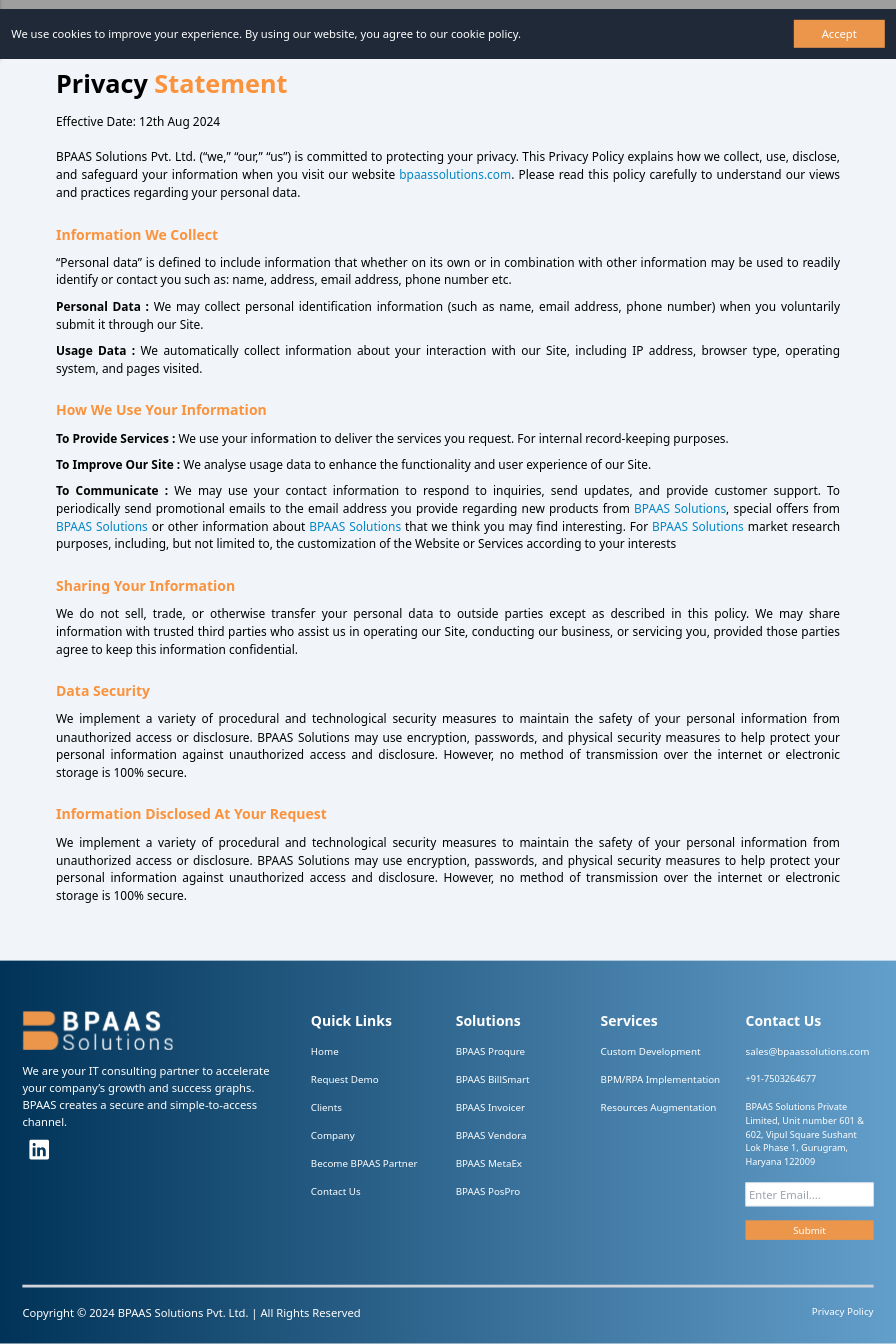
Repository: captainalpha/BP-Website
Page: /services/bp-services
An editor plug-in stored every save of this project. The page is shown before and after the next save, followed by the edit.
The browser window is 1280 px wide. The pictures show the part of the page from y = 635 to 2555 px (the page is 2555 px tall before and 2504 px after), at 70% of full size.
Pictures or frames that could not be fetched are drawn as grey boxes. The project was rebuilt for these pictures with package versions that can differ from the ones it lists, and the page was loaded fresh each time. The framework's server and built-in components were replaced by stand-ins that run in the browser. Also part of the build but not shown: next.config.js, components/common/TopBanner.js, components/common/SectionHeader.js.

Above is the page before, as saved 2024-08-13 15:41:44.

### pages/_app.js
import Navbar from "../components/common/Navbar";
import "../styles/globals.css";
import Footer from "../components/common/Footer";

import "swiper/css";
import "swiper/css/navigation";
import "swiper/css/pagination";



import { motion, AnimatePresence } from "framer-motion";
import CookiesMain from "../components/common/CookiesMain";

// import styles from './slider.module.scss'
function MyApp({ Component, pageProps, router }) {
  const spring = {
    type: "spring",
    damping: 20,
    stiffness: 100,
    when: "afterChildren",
  };
  return (
    <>
      <div className="z-50 scroll-smooth">
        <Navbar />
      </div>
      <AnimatePresence>
        <div className="page-transition-wrapper">
          <motion.div
            transition={spring}
            key={router.pathname}
            initial={{ y: -300, opacity: 0 }}
            animate={{ y: 0, opacity: 1 }}
            exit={{ y: 300, opacity: 0 }}
            id="page-transition-container"
          >
            <Component {...pageProps} /> <Footer />{" "}
            <CookiesMain/>
          </motion.div>
        </div>
      </AnimatePresence>
    </>
  );
}

export default MyApp;

### pages/services/bp-services.js
import TopBanner from "../../components/common/TopBanner";
import SectionHeader from "../../components/common/SectionHeader";
import TopBanner2 from "../../components/common/TopBanner2";
import Image from "next/image";
import Link from "next/link";

function BpServices() {
  return (
    <div>
      <div className="relative">
        <TopBanner2
          image={"/images/policy-service2.jpg"}
          title="Privacy Policy"
          discription="This Privacy Policy explains how we collect, use, disclose, and safeguard your information when you visit our website."
          btnShow={false}
        />
        <div className="absolute top-[1em] right-[10em]">
          <Image
            src="/images/privacypolicy2.png"
            className="w-1/2 mx-auto"
            width="500"
            height="500"
            alt="customer-developement"
          />
        </div>
      </div>

      <div className=" bg-slate-100  p-[5em]">
        <div className="container mx-auto max-w-6xl">
          <div className="text-left">
            <h1 className="lg:text-4xl text-3xl font-bold capitalize ">
              <span>Privacy</span>{" "}
              <span className="text-[#fb923c]">Statement</span>
            </h1>
          </div>
          <div className="mt-5">
            <p className="text-[17px] text-justify">
              Effective Date: 12th Aug 2024 <br />
              <br /> BPAAS Solutions Pvt. Ltd. (&ldquo;we,&rdquo;
              &ldquo;our,&rdquo; &ldquo;us&rdquo;) is committed to protecting
              your privacy. This Privacy Policy explains how we collect, use,
              disclose, and safeguard your information when you visit our
              website&nbsp;
              <Link passHref href="/">
                <a className="text-sky-600 hover:text-[#fb923c]">
                  bpaassolutions.com
                </a>
              </Link>
              . Please read this policy carefully to understand our views and
              practices regarding your personal data.
            </p>
          </div>
          <div className="mt-[2em]">
            <h1 className="text-[20px] font-bold text-[#fb923c]">
              Information We Collect
            </h1>
            <p className="text-[17px] text-justify mt-3">
              &ldquo;Personal data&rdquo; is defined to include information that
              whether on its own or in combination with other information may be
              used to readily identify or contact you such as: name, address,
              email address, phone number etc.
            </p>
            <p className="text-[17px] text-justify mt-3">
              <b>Personal Data :</b> We may collect personal identification
              information (such as name, email address, phone number) when you
              voluntarily submit it through our Site.
            </p>
            <p className="text-[17px] text-justify mt-3">
              <b>Usage Data :</b> We automatically collect information about
              your interaction with our Site, including IP address, browser
              type, operating system, and pages visited.
            </p>
          </div>

          <div className="mt-[2em]">
            <h1 className="text-[20px] font-bold text-[#fb923c]">
              How We Use Your Information
            </h1>
            <p className="text-[17px] text-justify mt-3">
              <b>To Provide Services :</b> We use your information to deliver
              the services you request. For internal record-keeping purposes.
            </p>
            <p className="text-[17px] text-justify mt-3">
              <b>To Improve Our Site :</b> We analyse usage data to enhance the
              functionality and user experience of our Site.
            </p>
            <p className="text-[17px] text-justify mt-3">
              <b>To Communicate :</b> We may use your contact information to
              respond to inquiries, send updates, and provide customer
              support. To periodically send promotional emails to the email
              address you provide regarding new products from&nbsp;
              <Link passHref href="/">
                <a className="text-sky-600 hover:text-[#fb923c]">
                BPAAS Solutions
                </a>
              </Link>
               ,
              special offers from <Link passHref href="/">
                <a className="text-sky-600 hover:text-[#fb923c]">
                BPAAS Solutions
                </a>
              </Link> or other information about&nbsp;
              <Link passHref href="/">
                <a className="text-sky-600 hover:text-[#fb923c]">
                BPAAS Solutions
                </a>
              </Link> that we think you may find interesting. For <Link passHref href="/">
                <a className="text-sky-600 hover:text-[#fb923c]">
                BPAAS Solutions
                </a>
              </Link> market research purposes, including, but not limited to,
              the customization of the Website or Services according to your
              interests
            </p>
          </div>

          <div className="mt-[2em]">
            <h1 className="text-[20px] font-bold text-[#fb923c]">
            Sharing Your Information
            </h1>
            <p className="text-[17px] text-justify mt-3">
            We do not sell, trade, or otherwise transfer your personal data to outside parties except as described in this policy. We may share information with trusted third parties who assist us in operating our Site, conducting our business, or servicing you, provided those parties agree to keep this information confidential.
            </p>
          </div>

          <div className="mt-[2em]">
            <h1 className="text-[20px] font-bold text-[#fb923c]">
            Data Security
            </h1>
            <p className="text-[17px] text-justify mt-3">
            We implement a variety of procedural and technological security measures to maintain the safety of your personal information from unauthorized access or disclosure. BPAAS Solutions may use encryption, passwords, and physical security measures to help protect your personal information against unauthorized access and disclosure. However, no method of transmission over the internet or electronic storage is 100% secure.
            </p>
          </div>

          <div className="mt-[2em]">
            <h1 className="text-[20px] font-bold text-[#fb923c]">
            Information Disclosed At Your Request
            </h1>
            <p className="text-[17px] text-justify mt-3">
            We implement a variety of procedural and technological security measures to maintain the safety of your personal information from unauthorized access or disclosure. BPAAS Solutions may use encryption, passwords, and physical security measures to help protect your personal information against unauthorized access and disclosure. However, no method of transmission over the internet or electronic storage is 100% secure.
            </p>
          </div>
        </div>
      </div>
    </div>
  );
}

export default BpServices;

### styles/globals.css
@tailwind base;
@tailwind components;
@tailwind utilities;

.mySwiper {
  padding: 0 3rem;
}
.swiper-button-next {
  color: white;
  font-size: 20px !important;
}
.swiper-button-prev {
  color: white;
  font-size: 20px !important;
}
.swiper-button-prev:after {
  color: white;
  font-size: 20px !important;
}
.swiper-button-next:after {
  color: white;
  font-size: 20px !important;
}
.container-bpaas{
  max-width: 1100px;
}

/* .swiper-button-prev {

  background-image: url("data:[embedded picture, 251 characters]");
} */
.swiper-button-prev:after {

  border: 2px solid white;
  border-radius: 30%;
  /* width: 25%; */
  background: #ec964c;
  padding: 20%;
}
/* .swiper-button-next {
  background-image: url("data:[embedded picture, 251 characters]");
} */
.swiper-button-next:after {

  border: 2px solid white;
  border-radius: 30%;
  /* width: 25%; */
  background: #ec964c;
  padding: 20%;
}

@media only screen and (max-width: 600px) {
  .swiper-button-next:after {
    display: none;
  }
}
@media only screen and (max-width: 600px) {
  .swiper-button-prev:after {
    display: none;
  }
}




/*OEM Modal */
@layer utilities {
  @keyframes modalOpen {
    0% {
      clip-path: polygon(0 0, 0 0, 0 100%, 0 100%);
      opacity: 0;
    }
    100% {
      clip-path: polygon(0 0, 100% 0, 100% 100%, 0 100%);
      opacity: 1;
    }
  }

  @keyframes modalClose {
    0% {
      clip-path: polygon(0 0, 100% 0, 100% 100%, 0 100%);
      opacity: 1;
    }
    100% {
      clip-path: polygon(50% 0, 50% 0, 50% 100%, 50% 100%);
      opacity: 0;
    }
  }

  .animate-modalOpen {
    animation: modalOpen 0.5s forwards;
  }

  .animate-modalClose {
    animation: modalClose 0.5s forwards;
  }

  .custom-aspect-ratio {
    box-shadow: rgba(149, 157, 165, 0.2) 0px 8px 24px;
    aspect-ratio: 3 / 2;
  }
}

### components/common/CookiesMain.js
import { useState, useEffect } from 'react';
import Cookies from 'js-cookie';


const CookiesMain = () => {
    const [showBanner, setShowBanner] = useState(false);

  useEffect(() => {
    const consent = Cookies.get('cookie-consent');
    if (!consent) {
      setShowBanner(true);
    }
  }, []);

  const acceptCookies = () => {
    Cookies.set('cookie-consent', 'true', { expires: 365 });
    setShowBanner(false);
  };

  if (!showBanner) return null;
  return (
    <>

    <div className="fixed bottom-0 left-0 right-0 bg-gray-800 text-white p-4 flex justify-between items-center z-50">
      <span>We use cookies to improve your experience. By using our website, you agree to our cookie policy.</span>
      <button
        onClick={acceptCookies}
        className="bg-orange text-white px-4 md:px-10 py-2"
      >
        Accept
      </button>
    </div>

    </>
  )
}
export default CookiesMain

### components/common/TopBanner2.js
import Link from "next/link";
function TopBanner2({ image, title, discription, onClick,btnShow}) {
  return (
    <div
      style={{ backgroundImage: `url(${image})` }}
      className={`lg:h-[80vh] h-[60vh] mt-20 w-full text-white flex p-10 items-center bg-no-repeat bg-cover `}
    >
      <div className="space-y-4 lg:w-1/2  md:text-left">
        <h1 className="lg:text-5xl text-3xl font-bold capitalize ">{title}</h1>
        <p className="w-full lg:text-xl lg:text-justify tracking-tighter">
          {discription}
        </p>
    {btnShow&&(
        <Link passHref href="/request-demo">
          <button className="px-8 py-2  border-white border-2 hover:bg-orange font-medium text-xl">
            Request Demo
          </button>
        </Link>
    )}
      </div>
    </div>
  );
}

export default TopBanner2;

### tailwind.config.js
module.exports = {
  content: [
    "./pages/**/*.{js,ts,jsx,tsx}",
    "./components/**/*.{js,ts,jsx,tsx}",
  ],
  theme: {
    extend: {
      keyframes: {
        modalOpen: {
          '0%': { transform: 'scale(0)', opacity: 0 },
          '100%': { transform: 'scale(1)', opacity: 1 },
        },
        modalClose: {
          '0%': { transform: 'scale(1)', opacity: 1 },

        },
        fragmentIn: {
          '0%': { opacity: 0, transform: 'translate(-50px, -50px)' },
          '100%': { opacity: 1, transform: 'translate(0, 0)' },
        },
        fragmentOut: {
          '0%': { opacity: 1, transform: 'translate(0, 0)' },
          '100%': { opacity: 0, transform: 'translate(50px, 50px)' },
        },

      },
      animation: {
        modalOpen: 'modalOpen 0.5s ease-out forwards',
        modalClose: 'modalClose 0.5s ease-in forwards',
        fragmentIn: 'fragmentIn 0.5s ease-out forwards',
        fragmentOut: 'fragmentOut 0.5s ease-in forwards',
      },
      backgroundImage: {
        "testimonial-bg": "url('/img/hero-pattern.svg')",
        "testimonial-bgs": "url('/')",
      },
      colors: {
        primary: "#013358",
        secondary: "#639FCB",
        primaryText: "#1D669C",
        orange: "#EC964C",
        glassEffect:
          "linear-gradient(105.47deg, #FFFFFF -13.63%, rgba(255, 255, 255, 0) 108.8%)",
      },
      backgroundSize: {
        "size-200": "200% 200%",
      },
      backgroundPosition: {
        "pos-0": "0% 0%",
        "pos-100": "100% 100%",
      },
    },
    variants: {
      fill: ["hover", "focus"],
    },
    boxShadow: {
      "3xl": "0 35px 60px -15px rgba(0, 0, 0, 0.3)",
    },
  },
  plugins: [],
};

Loaded but not shown: components/common/Navbar.js (726 lines, source omitted); components/common/Footer.js (194 lines, source omitted)

After the next save:
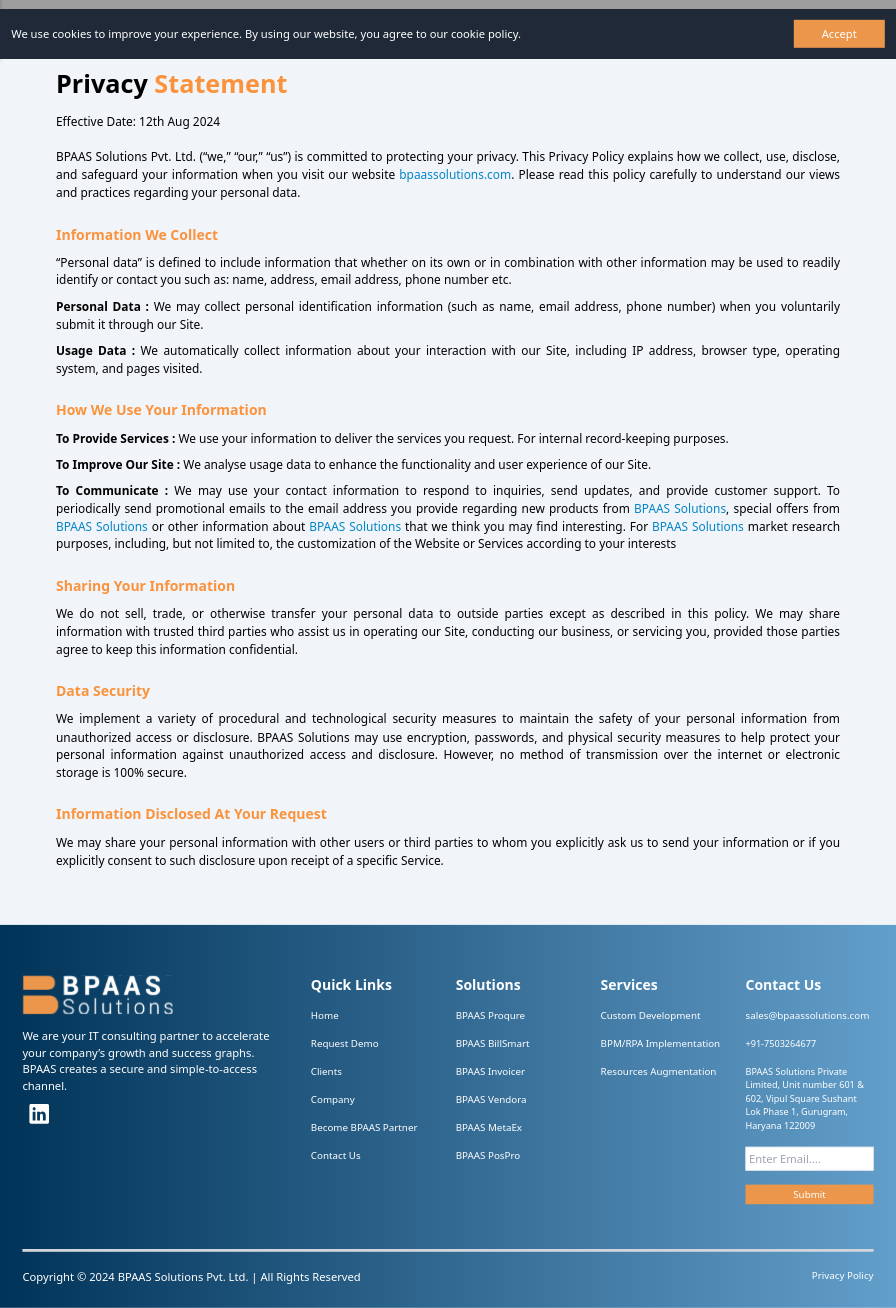
Saved 17 s later.
--- a/pages/services/bp-services.js
+++ b/pages/services/bp-services.js
@@ -137,7 +137,7 @@
             Information Disclosed At Your Request
             </h1>
             <p className="text-[17px] text-justify mt-3">
-            We implement a variety of procedural and technological security measures to maintain the safety of your personal information from unauthorized access or disclosure. BPAAS Solutions may use encryption, passwords, and physical security measures to help protect your personal information against unauthorized access and disclosure. However, no method of transmission over the internet or electronic storage is 100% secure.
+            We may share your personal information with other users or third parties to whom you explicitly ask us to send your information or if you explicitly consent to such disclosure upon receipt of a specific Service.
             </p>
           </div>
         </div>
